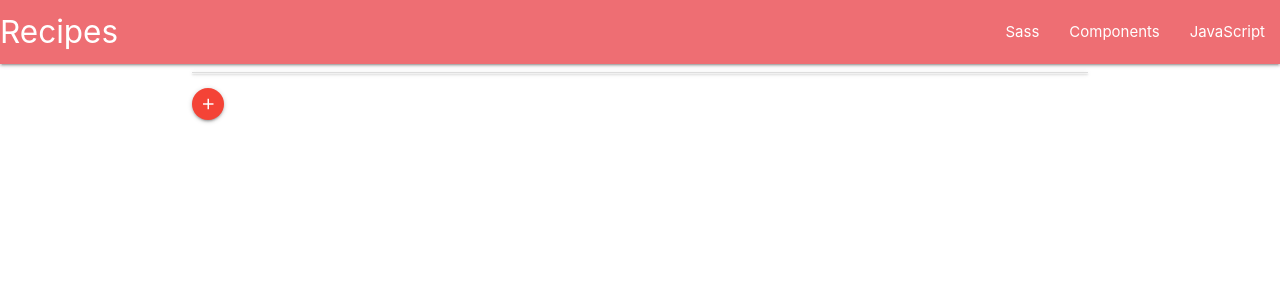
Repository: neillarkin/atari-app
Page: http://localhost/
The author's editor kept a record of every edit. The page is drawn from the files as they stood at one moment, then again after the next edit.
The browser window is 1280 px wide. The pictures show the whole page.
The page is served by the project's application, run on Flask 3 (run.py). Queries for data that is not in the repository find no rows.

Above is the page before.

After the next edit:
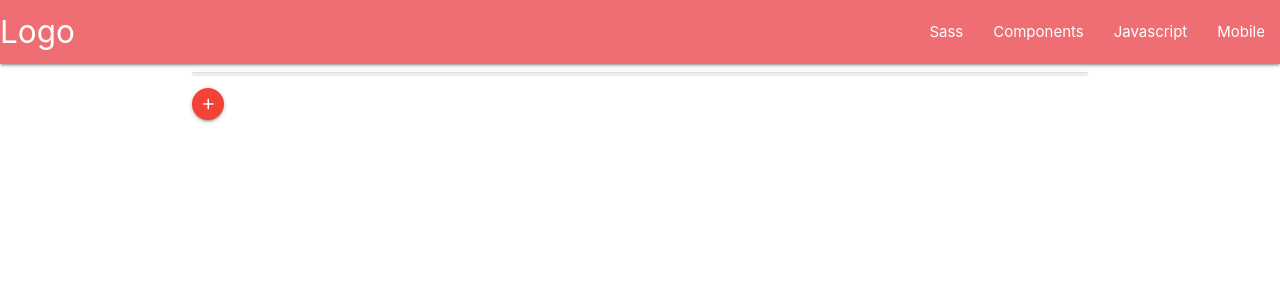
The edit:
--- a/templates/base.html
+++ b/templates/base.html
@@ -13,11 +13,19 @@
     <header>
         <nav>
             <div class="nav-wrapper">
-                <a href="#" class="brand-logo">Recipes</a>
-                <ul id="nav-mobile" class="right hide-on-med-and-down">
+                <a href="#!" class="brand-logo">Logo</a>
+                <a href="#" data-target="mobile-demo" class="sidenav-trigger"><i class="material-icons">menu</i></a>
+                <ul class="right hide-on-med-and-down">
                     <li><a href="sass.html">Sass</a></li>
                     <li><a href="badges.html">Components</a></li>
-                    <li><a href="collapsible.html">JavaScript</a></li>
+                    <li><a href="collapsible.html">Javascript</a></li>
+                    <li><a href="mobile.html">Mobile</a></li>
+                </ul>
+                <ul class="sidenav" id="mobile-demo">
+                    <li><a href="sass.html">Sass</a></li>
+                    <li><a href="badges.html">Components</a></li>
+                    <li><a href="collapsible.html">Javascript</a></li>
+                    <li><a href="mobile.html">Mobile</a></li>
                 </ul>
             </div>
         </nav>
